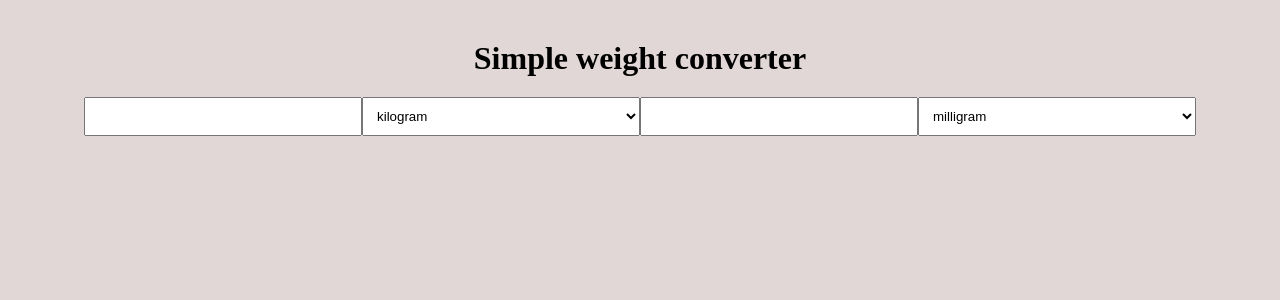
Repository: Eugene44-hub/weight-converter
Page: index.html
These files come from the project's save history. The page is drawn as it stood at one moment and after the next save; the edit follows.
The browser window is 1280 px wide. The pictures show the whole page.

Above is the page before, as saved 2021-09-20 05:01:24.

### index.html
<!DOCTYPE html>
<html lang="en">

<head>
    <meta charset="UTF-8">
    <meta http-equiv="X-UA-Compatible" content="IE=edge">
    <meta name="viewport" content="width=device-width, initial-scale=1.0">
    <link rel="stylesheet" href="style.css">
    <title>Document</title>
</head>

<body>
    <div class="converter">
        <h1>Simple weight converter</h1>

        <input type="number" id="typed">
        <select name="" id="in-weight">
      <option value="kg">kilogram</option>
      <option value="ou">ounce</option>
      <option value="mg">milligram</option>
    </select>
        <input type="number" id="output">
        <select name="" id="out-weight">
      <option value="mg">milligram</option>
      <option value="ou">ounce</option>
      <option value="kg">kilogram</option>
    </select>
    </div>
    <script src="app.js"></script>
</body>

</html>

### style.css
* {
    padding: 0;
    margin: 0;
    box-sizing: border-box;
}

body {
    background-color: rgb(226, 215, 215);
}

input {
    padding: 10px;
    flex: 10%;
}

h1 {
    text-align: center;
    flex: 100%;
    margin-bottom: 20px;
}

select {
    padding: 10px;
    flex: 10%;
}

.converter {
    display: flex;
    flex-wrap: wrap;
    justify-content: space-between;
    padding: 20px;
    margin: 20px auto;
    width: 90%;
}

### app.js
let typed = document.querySelector('#typed');
let output = document.querySelector('#output');
let select = document.querySelector('#in-weight');
let select2 = document.querySelector('#out-weight');

function selectTwo(val) {
    select2.addEventListener('change', e => {
        if (select2.value === 'mg' && select.value === 'kg') {
            output.value = val * Math.pow(10, 6)
        } else if (select2.value === "ou" && select.value === 'mg') {
            output.value = val * 0.000035274
        } else if (select2.value === "ou" && select.value === 'kg') {
            output.value = val * 35.274
        } else if (select2.value === "kg" && select.value === 'ou') {
            output.value = val / 35.274
        } else if (select2.value === "mg" && select.value === 'ou') {
            output.value = val / 0.000035274
        } else if (select2.value === "kg" && select.value === 'mg') {
            output.value = val / Math.pow(10, 6)
        } else {
            output.value = typed.value
        }

    })
}

function selectOne(val) {
    select.addEventListener('change', e => {

        if (select2.value === 'mg' && select.value === 'kg') {
            typed.value = val / Math.pow(10, 6)
        } else if (select2.value === "mg" && select.value === 'ou') {
            typed.value = val * 0.000035274
        } else if (select2.value === "ou" && select.value === 'kg') {
            typed.value = val / 35.274
        } else if (select2.value === "kg" && select.value === 'ou') {
            typed.value = val * 35.274
        } else if (select2.value === "ou" && select.value === 'mg') {
            typed.value = val / 0.000035274
        } else if (select2.value === "kg" && select.value === 'mg') {
            typed.value = val * Math.pow(10, 6)
        } else { typed.value = output.value }
    })
}


typed.addEventListener('input',
    e => {

        if (select2.value === 'mg' && select.value === 'kg') {
            output.value = Number(e.target.value) * Math.pow(10, 6)
        } else if (select2.value === "ou" && select.value === 'mg') {
            output.value = Number(e.target.value) * 0.000035274
        } else if (select2.value === "ou" && select.value === 'kg') {
            output.value = Number(e.target.value) * 35.274
        } else if (select2.value === "kg" && select.value === 'ou') {
            output.value = Number(e.target.value) / 35.274
        } else if (select2.value === "mg" && select.value === 'ou') {
            output.value = Number(e.target.value) / 0.000035274
        } else if (select2.value === "kg" && select.value === 'mg') {
            output.value = Number(e.target.value) / Math.pow(10, 6)
        } else {
            output.value = typed.value
        }
        selectTwo(Number(e.target.value))
    })

output.addEventListener('input',
    e => {
        if (select2.value === 'mg' && select.value === 'kg') {
            typed.value = Number(e.target.value) / Math.pow(10, 6)
        } else if (select2.value === "mg" && select.value === 'ou') {
            typed.value = Number(e.target.value) * 0.000035274
        } else if (select2.value === "ou" && select.value === 'kg') {
            typed.value = Number(e.target.value) / 35.274
        } else if (select2.value === "kg" && select.value === 'ou') {
            typed.value = Number(e.target.value) * 35.274
        } else if (select2.value === "ou" && select.value === 'mg') {
            typed.value = Number(e.target.value) / 0.000035274
        } else if (select2.value === "kg" && select.value === 'mg') {
            typed.value = Number(e.target.value) * Math.pow(10, 6)
        } else { typed.value = output.value }
        selectOne(Number(e.target.value))
    })

After the next save:
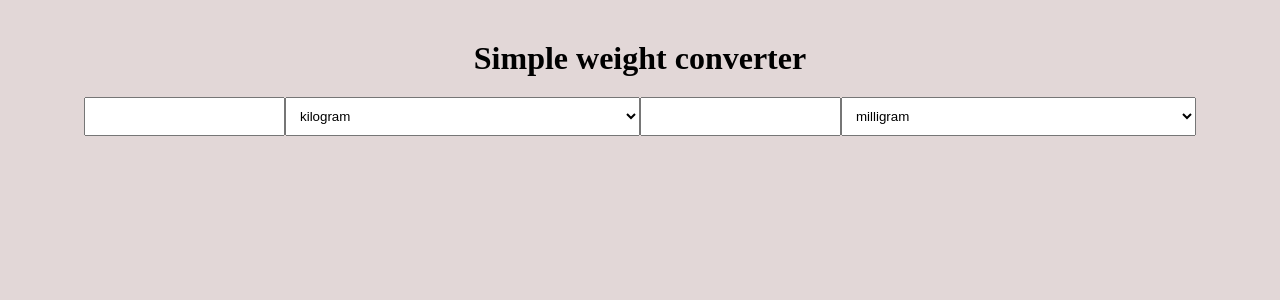
Saved 82 s later.
--- a/style.css
+++ b/style.css
@@ -10,7 +10,6 @@ body {
 
 input {
     padding: 10px;
-    flex: 10%;
 }
 
 h1 {
